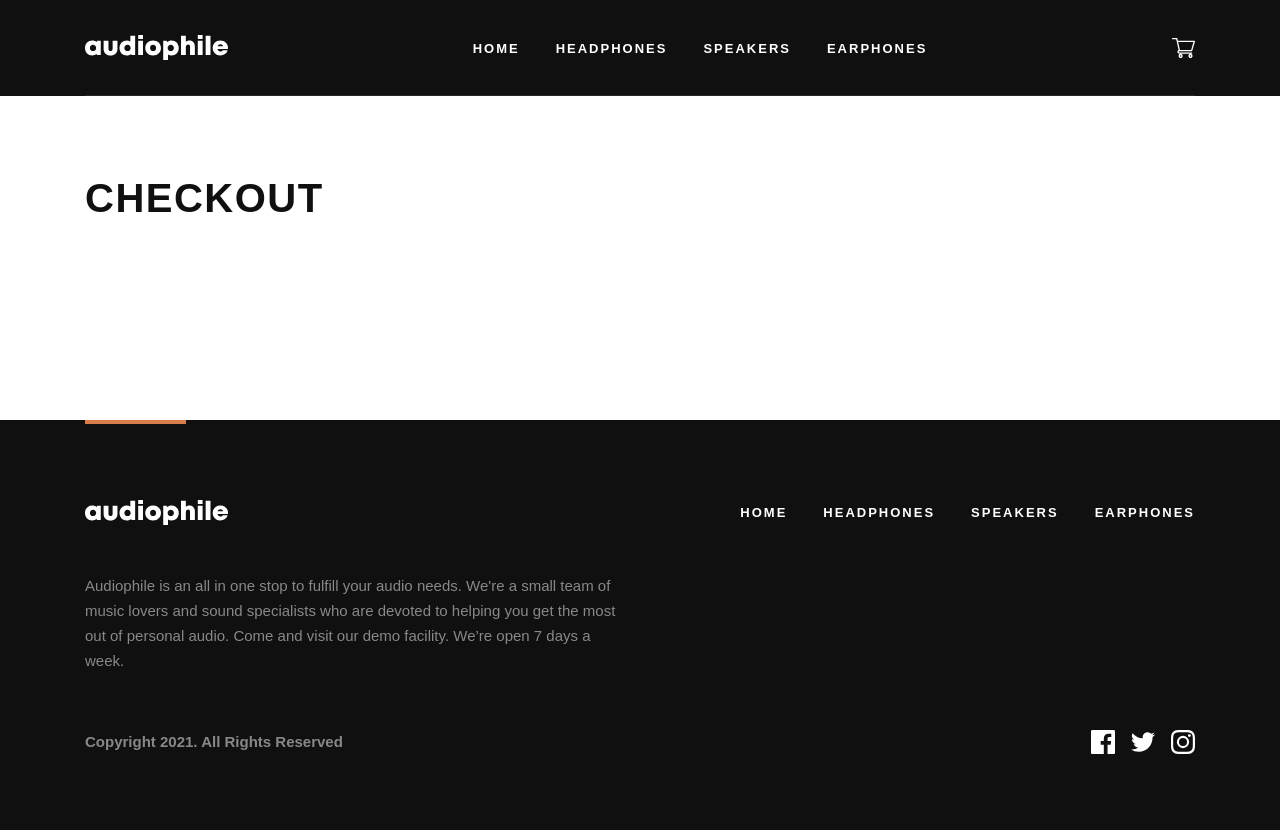
Repository: blordeus/audiophile-ecommerce
Page: /checkout
The author's editor kept a copy of each file at every save. The page is drawn from the files as they stood at one save, then again after the next save.
The browser window is 1280 px wide. The pictures show the whole page.
The project was rebuilt for these pictures with package versions that can differ from the ones it lists, and the page was loaded fresh each time. Also part of the build but not shown: vite.config.js, src/pages/HomePage.jsx, src/pages/CategoryPage.jsx, src/pages/ProductPage.jsx, src/pages/NotFoundPage.jsx.

Above is the page before, as saved 2026-03-08 15:56:34.

After the next save:
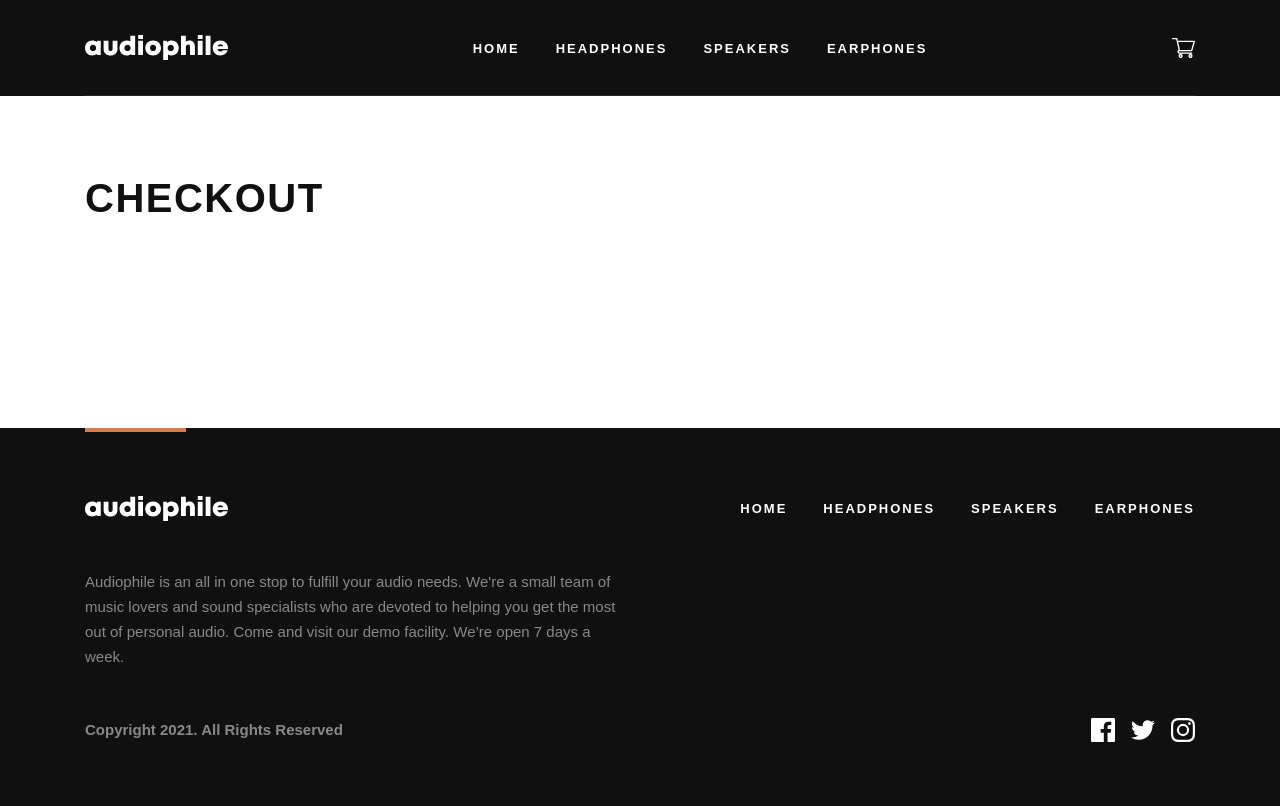
Saved 15 s later.
--- a/src/components/layout/Footer.jsx
+++ b/src/components/layout/Footer.jsx
@@ -8,11 +8,11 @@
 
 function Footer() {
   return (
-    <footer className="mt-30 bg-black text-white">
+    <footer className="mt-24 bg-black text-white md:mt-32">
       <PageContainer>
         <div className="w-[101px] border-t-4 border-[#D87D4A]" />
 
-        <div className="flex flex-col gap-12 py-13 md:py-15 lg:py-19">
+        <div className="flex flex-col gap-12 py-12 md:py-14 lg:py-16">
           <div className="flex flex-col gap-12 lg:flex-row lg:items-start lg:justify-between">
             <Link to="/" className="shrink-0">
               <img src={logo} alt="Audiophile" />
@@ -39,7 +39,7 @@
           </div>
 
           <div className="grid gap-12 lg:grid-cols-[1fr_auto] lg:items-end">
-            <div className="max-w-[540px] space-y-14">
+            <div className="max-w-[540px] space-y-12">
               <p className="body-text text-white/50">
                 Audiophile is an all in one stop to fulfill your audio needs.
                 We're a small team of music lovers and sound specialists who are
